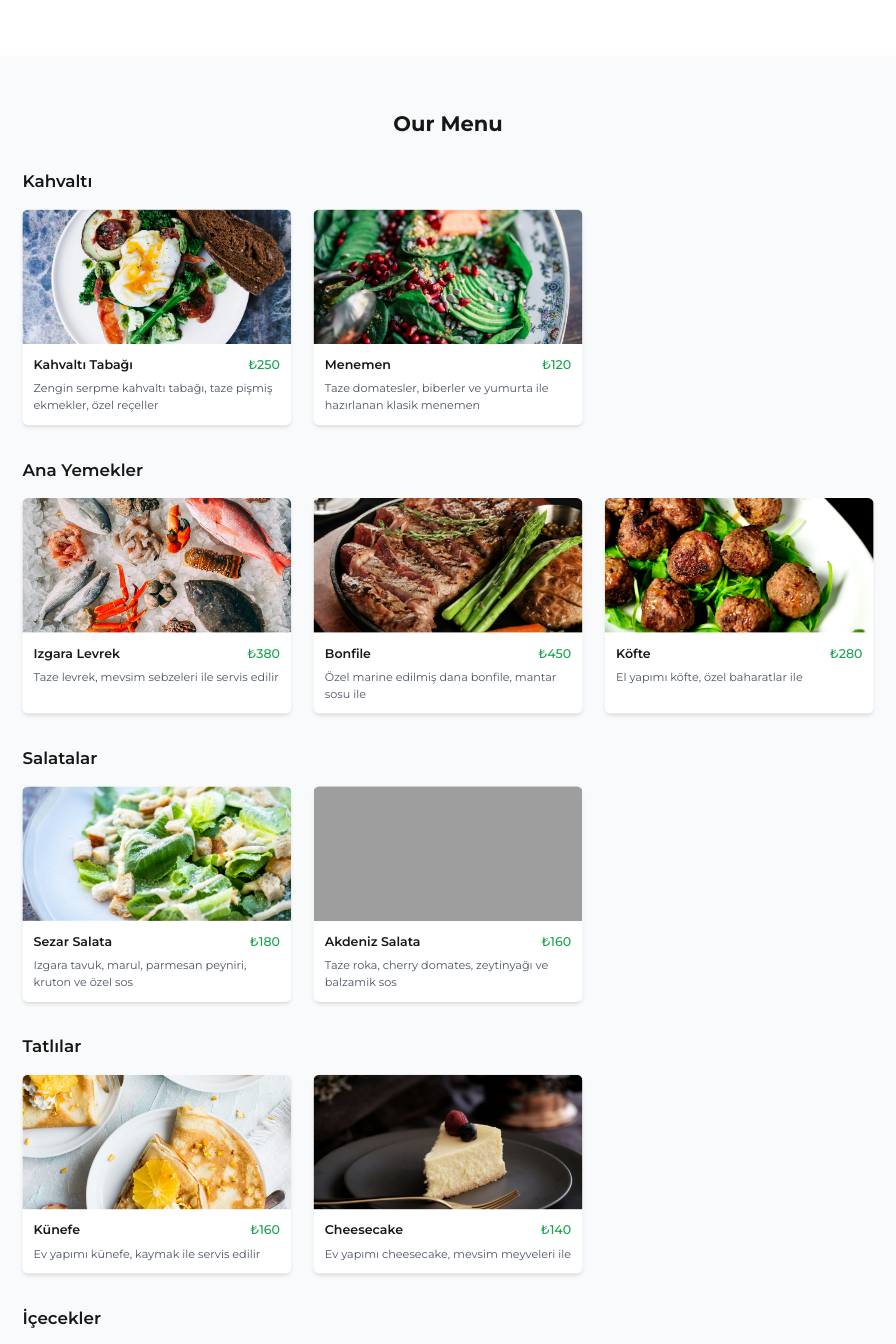
Repository: burakdemirrr/restaurant-website
Page: /
An editor plug-in stored every save of this project. The page is shown before and after the next save, followed by the edit.
The browser window is 1280 px wide. The pictures show the part of the page from y = 1348 to 3268 px (the page is 5584 px tall), at 70% of full size.
Pictures or frames that could not be fetched are drawn as grey boxes. The page's requests for data from a server got no answer. Some web fonts or font styles are not loaded; a fallback is used. The project was rebuilt for these pictures with package versions that can differ from the ones it lists, and the page was loaded fresh each time. The framework's server and built-in components were replaced by stand-ins that run in the browser. No one was signed in, and anything a server would have sent is missing. Also part of the build but not shown: next.config.ts.

Above is the page before, as saved 2025-01-06 14:39:12.

### src/app/layout.tsx
import type { Metadata } from "next";
import { Playfair_Display, Montserrat } from "next/font/google";
import "./globals.css";
import MobileNav from "@/components/MobileNav";

const playfair = Playfair_Display({
  subsets: ["latin"],
  variable: '--font-playfair',
});

const montserrat = Montserrat({
  subsets: ["latin"],
  variable: '--font-montserrat',
});

export const metadata: Metadata = {
  title: "Reborn Suadiye - Restaurant & Cafe",
  description: "Experience the finest dining at Reborn Suadiye. Make your reservations online and enjoy our delicious menu.",
};

export default function RootLayout({
  children,
}: {
  children: React.ReactNode
}) {
  return (
    <html lang="en" className={`scroll-smooth ${playfair.variable} ${montserrat.variable}`}>
      <body className={montserrat.className}>
        <nav className="fixed top-0 w-full bg-white/90 backdrop-blur-sm z-50 shadow-sm transition-all duration-300 hover:bg-white">
          <div className="max-w-7xl mx-auto px-4 sm:px-6 lg:px-8">
            <div className="flex justify-between h-16">
              <div className="flex items-center">
                <a href="/" className="text-xl font-bold font-playfair hover:text-primary-600 transition-colors">Reborn Suadiye</a>
              </div>
              <div className="hidden sm:flex sm:items-center sm:space-x-8">
                <a href="#about" className="hover:text-primary-600 transition-colors">About</a>
                <a href="#menu" className="hover:text-primary-600 transition-colors">Menu</a>
                <a href="#reservations" className="hover:text-primary-600 transition-colors">Reservations</a>
                <a href="#contact" className="hover:text-primary-600 transition-colors">Contact</a>
                <a href="#reviews" className="hover:text-primary-600 transition-colors">Reviews</a>
              </div>
              <MobileNav />
            </div>
          </div>
        </nav>
        <main className="pt-16">
          {children}
        </main>
        <footer className="bg-primary-900 text-white py-8">
          <div className="max-w-7xl mx-auto px-4 sm:px-6 lg:px-8">
            <div className="flex flex-col md:flex-row justify-between items-center">
              <div className="mb-4 md:mb-0">
                <h3 className="text-xl font-bold font-playfair">Reborn Suadiye</h3>
                <p className="mt-2">Experience the finest dining</p>
              </div>
              <div className="flex space-x-6">
                <a href="https://instagram.com/reborn.suadiye" target="_blank" rel="noopener noreferrer" className="hover:text-primary-300 transition-colors">
                  Instagram
                </a>
                <a href="#contact" className="hover:text-primary-300 transition-colors">Contact</a>
              </div>
            </div>
          </div>
        </footer>
      </body>
    </html>
  );
}

### src/app/page.tsx
import Image from 'next/image'
import ReservationForm from '@/components/ReservationForm'
import Menu from '@/components/Menu'
import GoogleReviews from '@/components/GoogleReviews'

export default function Home() {
  return (
    <div className="min-h-screen">
      {/* Hero Section */}
      <section className="relative h-screen">
        <div className="absolute inset-0">
          <Image
            src="/hero-image.jpg"
            alt="Reborn Suadiye Restaurant"
            fill
            className="object-cover"
            priority
          />
          <div className="absolute inset-0 bg-black/50" />
        </div>
        <div className="relative h-full flex items-center justify-center text-white text-center">
          <div>
            <h1 className="text-5xl md:text-6xl font-bold mb-4">Reborn Suadiye</h1>
            <p className="text-xl md:text-2xl">Experience the finest dining in Suadiye</p>
          </div>
        </div>
      </section>

      {/* About Section */}
      <section id="about" className="py-20 bg-white">
        <div className="max-w-7xl mx-auto px-4 sm:px-6 lg:px-8">
          <h2 className="text-3xl font-bold text-center mb-12">About Us</h2>
          <div className="grid md:grid-cols-2 gap-12 items-center">
            <div>
              <p className="text-lg text-gray-600">
                Welcome to Reborn Suadiye, where culinary excellence meets warm hospitality.
                Our restaurant offers a unique dining experience with a perfect blend of
                traditional and modern cuisine.
              </p>
            </div>
            <div className="relative h-[400px]">
              <Image
                src="/about-image.jpg"
                alt="About Reborn Suadiye"
                fill
                className="object-cover rounded-lg"
              />
            </div>
          </div>
        </div>
      </section>

      {/* Menu Section */}
      <section id="menu" className="py-20 bg-gray-50">
        <div className="max-w-7xl mx-auto px-4 sm:px-6 lg:px-8">
          <h2 className="text-3xl font-bold text-center mb-12">Our Menu</h2>
          <Menu />
        </div>
      </section>

      {/* Reservations Section */}
      <section id="reservations" className="py-20 bg-white">
        <div className="max-w-7xl mx-auto px-4 sm:px-6 lg:px-8">
          <h2 className="text-3xl font-bold text-center mb-12">Make a Reservation</h2>
          <ReservationForm />
        </div>
      </section>

      {/* Contact Section */}
      <section id="contact" className="py-20 bg-gray-50">
        <div className="max-w-7xl mx-auto px-4 sm:px-6 lg:px-8">
          <h2 className="text-3xl font-bold text-center mb-12">Contact Us</h2>
          <div className="grid md:grid-cols-2 gap-12">
            <div>
              <h3 className="text-xl font-semibold mb-4">Location</h3>
              <p className="text-gray-600 mb-4">Suadiye Mahallesi, Bağdat Caddesi, Kadıköy/İstanbul</p>
              <h3 className="text-xl font-semibold mb-4">Opening Hours</h3>
              <p className="text-gray-600 mb-4">
                Monday - Sunday: 09:00 - 23:00
              </p>
              <h3 className="text-xl font-semibold mb-4">Contact Information</h3>
              <p className="text-gray-600">Phone: +90 (216) XXX XX XX</p>
              <p className="text-gray-600">Email: info@rebornsuadiye.com</p>
              <div className="mt-6">
                <a
                  href="https://instagram.com/reborn.suadiye"
                  target="_blank"
                  rel="noopener noreferrer"
                  className="text-blue-600 hover:text-blue-800"
                >
                  Follow us on Instagram
                </a>
              </div>
            </div>
            <div className="h-[400px] relative">
              <iframe
                src="https://www.google.com/maps/embed?pb=!1m18!1m12!1m3!1d3011.1234567890123!2d29.0876543210987!3d40.9876543210987!2m3!1f0!2f0!3f0!3m2!1i1024!2i768!4f13.1!3m3!1m2!1s0x0%3A0x0!2zNDDCsDU5JzE1LjYiTiAyOcKwMDUnMTAuMiJF!5e0!3m2!1sen!2str!4v1234567890123!5m2!1sen!2str"
                width="100%"
                height="100%"
                style={{ border: 0 }}
                allowFullScreen
                loading="lazy"
                referrerPolicy="no-referrer-when-downgrade"
              />
            </div>
          </div>
        </div>
      </section>

      {/* Reviews Section */}
      <section id="reviews" className="py-20 bg-white">
        <div className="max-w-7xl mx-auto px-4 sm:px-6 lg:px-8">
          <h2 className="text-3xl font-bold text-center mb-12">What Our Customers Say</h2>
          <GoogleReviews />
        </div>
      </section>
    </div>
  )
}

### src/components/MobileNav.tsx
'use client'

import React, { useState } from 'react'
import { FaBars, FaTimes } from 'react-icons/fa'

export default function MobileNav() {
  const [isOpen, setIsOpen] = useState(false)

  const toggleMenu = () => {
    setIsOpen(!isOpen)
  }

  return (
    <div className="sm:hidden">
      <button
        onClick={toggleMenu}
        className="p-2 text-gray-600 hover:text-gray-900 focus:outline-none"
      >
        {isOpen ? <FaTimes size={24} /> : <FaBars size={24} />}
      </button>

      {isOpen && (
        <div className="absolute top-16 left-0 right-0 bg-white shadow-lg py-2">
          <a
            href="#about"
            className="block px-4 py-2 text-gray-800 hover:bg-gray-100"
            onClick={toggleMenu}
          >
            About
          </a>
          <a
            href="#menu"
            className="block px-4 py-2 text-gray-800 hover:bg-gray-100"
            onClick={toggleMenu}
          >
            Menu
          </a>
          <a
            href="#reservations"
            className="block px-4 py-2 text-gray-800 hover:bg-gray-100"
            onClick={toggleMenu}
          >
            Reservations
          </a>
          <a
            href="#contact"
            className="block px-4 py-2 text-gray-800 hover:bg-gray-100"
            onClick={toggleMenu}
          >
            Contact
          </a>
          <a
            href="#reviews"
            className="block px-4 py-2 text-gray-800 hover:bg-gray-100"
            onClick={toggleMenu}
          >
            Reviews
          </a>
        </div>
      )}
    </div>
  )
}

### src/components/Menu.tsx
import React from 'react'
import Image from 'next/image'

interface MenuItem {
  id: number
  name: string
  description: string
  price: string
  category: string
  image: string
}

const menuItems: MenuItem[] = [
  // Breakfast Items
  {
    id: 1,
    name: 'Kahvaltı Tabağı',
    description: 'Zengin serpme kahvaltı tabağı, taze pişmiş ekmekler, özel reçeller',
    price: '₺250',
    category: 'Kahvaltı',
    image: '/menu/kahvalti.jpg'
  },
  {
    id: 2,
    name: 'Menemen',
    description: 'Taze domatesler, biberler ve yumurta ile hazırlanan klasik menemen',
    price: '₺120',
    category: 'Kahvaltı',
    image: '/menu/menemen.jpg'
  },

  // Main Courses
  {
    id: 3,
    name: 'Izgara Levrek',
    description: 'Taze levrek, mevsim sebzeleri ile servis edilir',
    price: '₺380',
    category: 'Ana Yemekler',
    image: '/menu/levrek.jpg'
  },
  {
    id: 4,
    name: 'Bonfile',
    description: 'Özel marine edilmiş dana bonfile, mantar sosu ile',
    price: '₺450',
    category: 'Ana Yemekler',
    image: '/menu/bonfile.jpg'
  },
  {
    id: 5,
    name: 'Köfte',
    description: 'El yapımı köfte, özel baharatlar ile',
    price: '₺280',
    category: 'Ana Yemekler',
    image: '/menu/kofte.jpg'
  },

  // Salads
  {
    id: 6,
    name: 'Sezar Salata',
    description: 'Izgara tavuk, marul, parmesan peyniri, kruton ve özel sos',
    price: '₺180',
    category: 'Salatalar',
    image: '/menu/sezar.jpg'
  },
  {
    id: 7,
    name: 'Akdeniz Salata',
    description: 'Taze roka, cherry domates, zeytinyağı ve balzamik sos',
    price: '₺160',
    category: 'Salatalar',
    image: '/menu/akdeniz.jpg'
  },

  // Desserts
  {
    id: 8,
    name: 'Künefe',
    description: 'Ev yapımı künefe, kaymak ile servis edilir',
    price: '₺160',
    category: 'Tatlılar',
    image: '/menu/kunefe.jpg'
  },
  {
    id: 9,
    name: 'Cheesecake',
    description: 'Ev yapımı cheesecake, mevsim meyveleri ile',
    price: '₺140',
    category: 'Tatlılar',
    image: '/menu/cheesecake.jpg'
  },

  // Beverages
  {
    id: 10,
    name: 'Türk Kahvesi',
    description: 'Geleneksel Türk kahvesi',
    price: '₺50',
    category: 'İçecekler',
    image: '/menu/turk-kahvesi.jpg'
  },
  {
    id: 11,
    name: 'Taze Sıkılmış Portakal Suyu',
    description: 'Günlük taze sıkılmış portakal suyu',
    price: '₺60',
    category: 'İçecekler',
    image: '/menu/portakal.jpg'
  }
]

const categories = Array.from(new Set(menuItems.map(item => item.category)))

export default function Menu() {
  return (
    <div className="w-full">
      {categories.map(category => (
        <div key={category} className="mb-12">
          <h3 className="text-2xl font-semibold mb-6">{category}</h3>
          <div className="grid grid-cols-1 md:grid-cols-2 lg:grid-cols-3 gap-8">
            {menuItems
              .filter(item => item.category === category)
              .map(item => (
                <div
                  key={item.id}
                  className="bg-white rounded-lg shadow-md overflow-hidden hover:shadow-lg transition-shadow"
                >
                  <div className="relative h-48">
                    <Image
                      src={item.image}
                      alt={item.name}
                      fill
                      className="object-cover"
                    />
                  </div>
                  <div className="p-4">
                    <div className="flex justify-between items-start mb-2">
                      <h4 className="text-lg font-semibold">{item.name}</h4>
                      <span className="text-lg font-medium text-green-600">
                        {item.price}
                      </span>
                    </div>
                    <p className="text-gray-600">{item.description}</p>
                  </div>
                </div>
              ))}
          </div>
        </div>
      ))}
    </div>
  )
}

### src/components/GoogleReviews.tsx
import React from 'react'
import { FaStar, FaStarHalf } from 'react-icons/fa'

interface Review {
  id: number
  author: string
  rating: number
  text: string
  date: string
}

const reviews: Review[] = [
  {
    id: 1,
    author: 'Ahmet Y.',
    rating: 5,
    text: 'Harika bir mekan! Kahvaltısı özellikle muhteşem. Servis ve ambiyans da çok iyi.',
    date: '2024-01-01'
  },
  {
    id: 2,
    author: 'Ayşe K.',
    rating: 4.5,
    text: 'Bağdat Caddesinin en iyi restoranlarından biri. Levrek çok lezzetliydi.',
    date: '2023-12-25'
  },
  {
    id: 3,
    author: 'Mehmet S.',
    rating: 5,
    text: 'Künefesi için bile gidilir. Servis hızlı ve personel çok ilgili.',
    date: '2023-12-20'
  }
]

function RatingStars({ rating }: { rating: number }) {
  const fullStars = Math.floor(rating)
  const hasHalfStar = rating % 1 !== 0

  return (
    <div className="flex text-yellow-400">
      {[...Array(fullStars)].map((_, i) => (
        <FaStar key={i} />
      ))}
      {hasHalfStar && <FaStarHalf />}
    </div>
  )
}

export default function GoogleReviews() {
  return (
    <div className="grid grid-cols-1 md:grid-cols-2 lg:grid-cols-3 gap-8">
      {reviews.map((review) => (
        <div
          key={review.id}
          className="bg-white p-6 rounded-lg shadow-md hover:shadow-lg transition-shadow"
        >
          <div className="flex items-center justify-between mb-4">
            <h3 className="font-semibold">{review.author}</h3>
            <RatingStars rating={review.rating} />
          </div>
          <p className="text-gray-600 mb-4">{review.text}</p>
          <p className="text-sm text-gray-400">
            {new Date(review.date).toLocaleDateString('tr-TR', {
              year: 'numeric',
              month: 'long',
              day: 'numeric'
            })}
          </p>
        </div>
      ))}
    </div>
  )
}

### tailwind.config.ts
import type { Config } from "tailwindcss";

const config: Config = {
  content: [
    "./src/pages/**/*.{js,ts,jsx,tsx,mdx}",
    "./src/components/**/*.{js,ts,jsx,tsx,mdx}",
    "./src/app/**/*.{js,ts,jsx,tsx,mdx}",
  ],
  theme: {
    extend: {
      colors: {
        primary: {
          50: '#fdf8f6',
          100: '#f2e8e5',
          200: '#eaddd7',
          300: '#e0cec7',
          400: '#d2bab0',
          500: '#bfa094',
          600: '#a18072',
          700: '#977669',
          800: '#846358',
          900: '#43302b',
        },
      },
      fontFamily: {
        playfair: ['var(--font-playfair)'],
        montserrat: ['var(--font-montserrat)'],
      },
      animation: {
        'fade-in': 'fadeIn 0.5s ease-in-out',
        'slide-up': 'slideUp 0.5s ease-out',
        'slide-down': 'slideDown 0.3s ease-out',
      },
      keyframes: {
        fadeIn: {
          '0%': { opacity: '0' },
          '100%': { opacity: '1' },
        },
        slideUp: {
          '0%': { transform: 'translateY(20px)', opacity: '0' },
          '100%': { transform: 'translateY(0)', opacity: '1' },
        },
        slideDown: {
          '0%': { transform: 'translateY(-20px)', opacity: '0' },
          '100%': { transform: 'translateY(0)', opacity: '1' },
        },
      },
    },
  },
  plugins: [
    require('@tailwindcss/forms'),
  ],
};

export default config;

Loaded but not shown: src/app/globals.css (common file); src/components/ReservationForm.tsx (225 lines, source omitted)

After the next save:
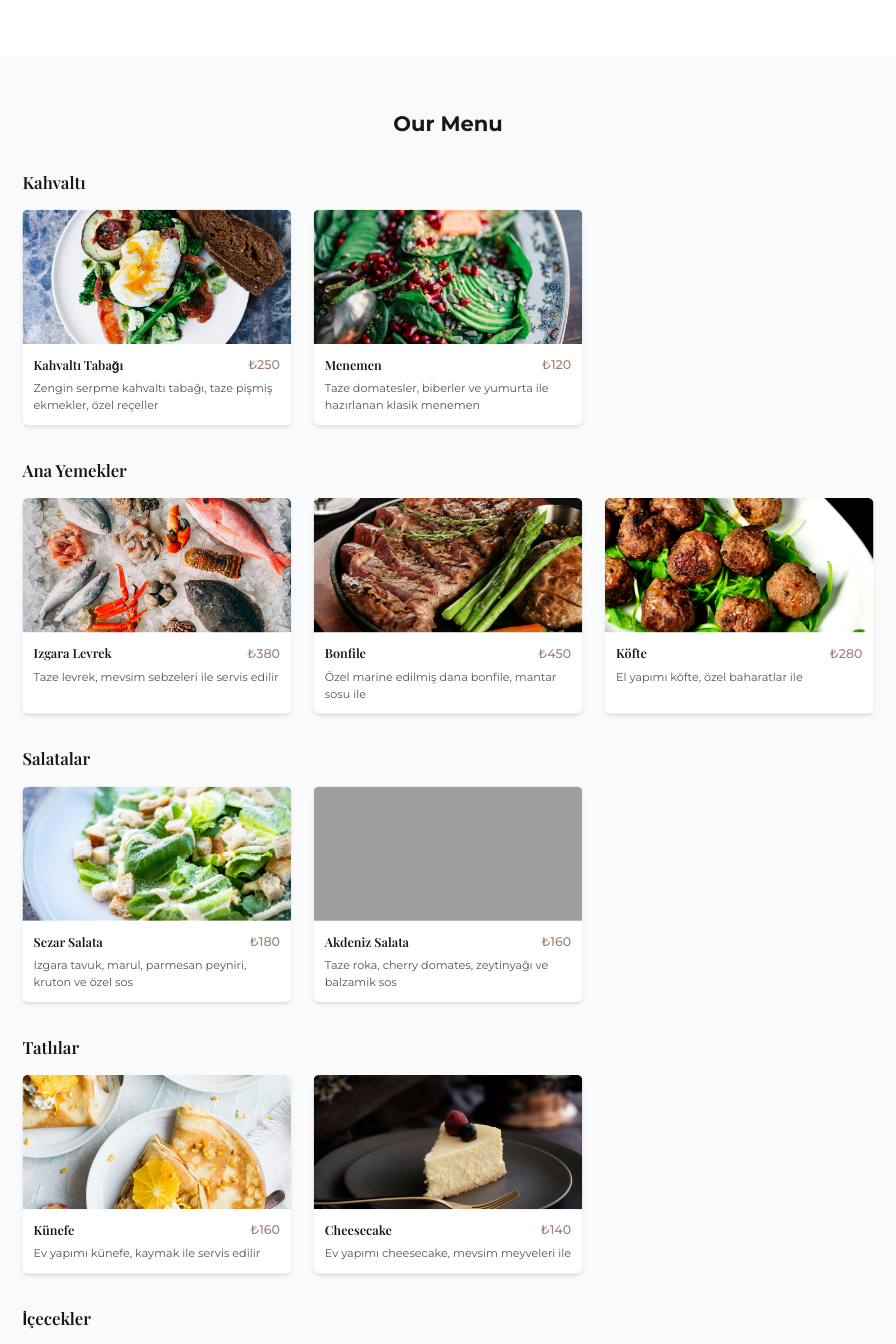
Saved 18 s later.
--- a/src/components/Menu.tsx
+++ b/src/components/Menu.tsx
@@ -115,29 +115,31 @@ const categories = Array.from(new Set(menuItems.map(item => item.category)))
 export default function Menu() {
   return (
     <div className="w-full">
-      {categories.map(category => (
-        <div key={category} className="mb-12">
-          <h3 className="text-2xl font-semibold mb-6">{category}</h3>
+      {categories.map((category, categoryIndex) => (
+        <div key={category} className="mb-12 animate-fade-in" style={{ animationDelay: `${categoryIndex * 0.2}s` }}>
+          <h3 className="text-2xl font-semibold mb-6 font-playfair">{category}</h3>
           <div className="grid grid-cols-1 md:grid-cols-2 lg:grid-cols-3 gap-8">
             {menuItems
               .filter(item => item.category === category)
-              .map(item => (
+              .map((item, index) => (
                 <div
                   key={item.id}
-                  className="bg-white rounded-lg shadow-md overflow-hidden hover:shadow-lg transition-shadow"
+                  className="bg-white rounded-lg shadow-md overflow-hidden hover:shadow-lg transition-all duration-300 transform hover:-translate-y-1 animate-slide-up"
+                  style={{ animationDelay: `${(categoryIndex * 0.2) + (index * 0.1)}s` }}
                 >
-                  <div className="relative h-48">
+                  <div className="relative h-48 overflow-hidden group">
                     <Image
                       src={item.image}
                       alt={item.name}
                       fill
-                      className="object-cover"
+                      className="object-cover transition-transform duration-300 group-hover:scale-110"
                     />
+                    <div className="absolute inset-0 bg-black/20 opacity-0 group-hover:opacity-100 transition-opacity duration-300" />
                   </div>
                   <div className="p-4">
                     <div className="flex justify-between items-start mb-2">
-                      <h4 className="text-lg font-semibold">{item.name}</h4>
-                      <span className="text-lg font-medium text-green-600">
+                      <h4 className="text-lg font-semibold font-playfair">{item.name}</h4>
+                      <span className="text-lg font-medium text-primary-600">
                         {item.price}
                       </span>
                     </div>
